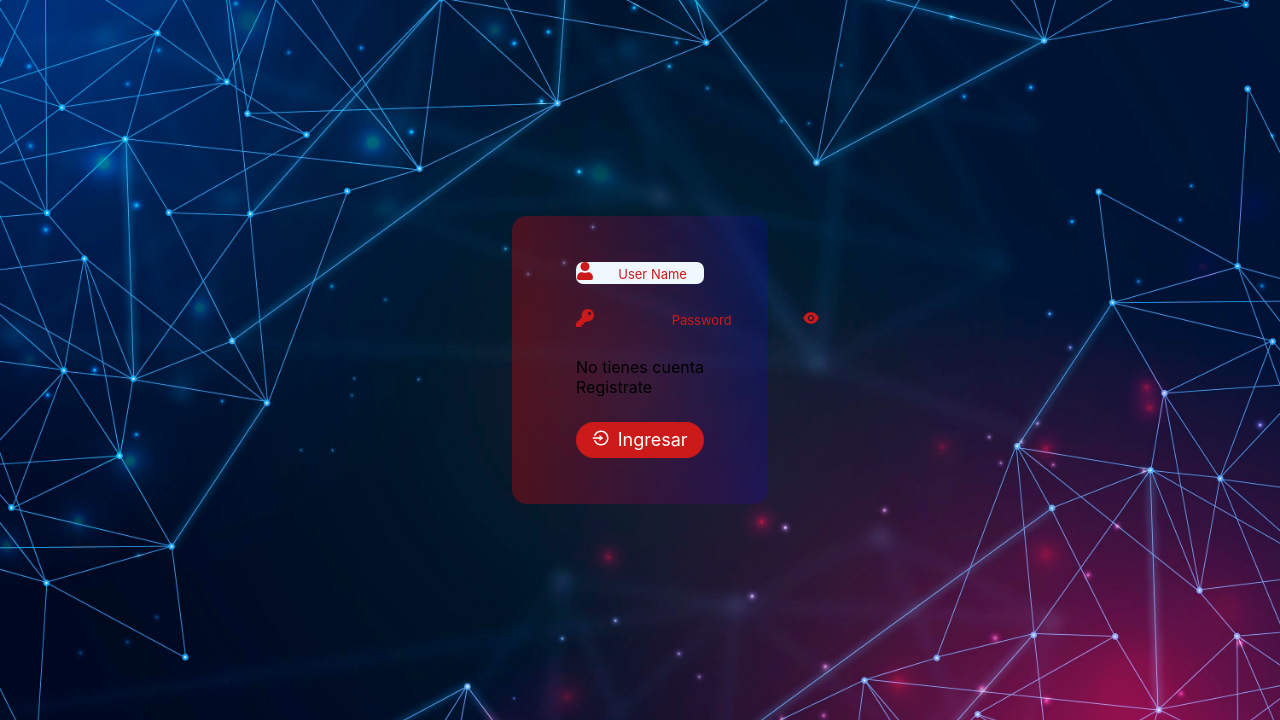
Repository: Davic1o/FrontendMunicipio
Page: /
These files come from the project's save history. The page is drawn as it stood at one moment and after the next save; the edit follows.
The browser window is 1280 px wide. The pictures show the whole page.
The project was rebuilt for these pictures with package versions that can differ from the ones it lists, and the page was loaded fresh each time.

Above is the page before, as saved 2024-02-21 18:24:57.

After the next save:
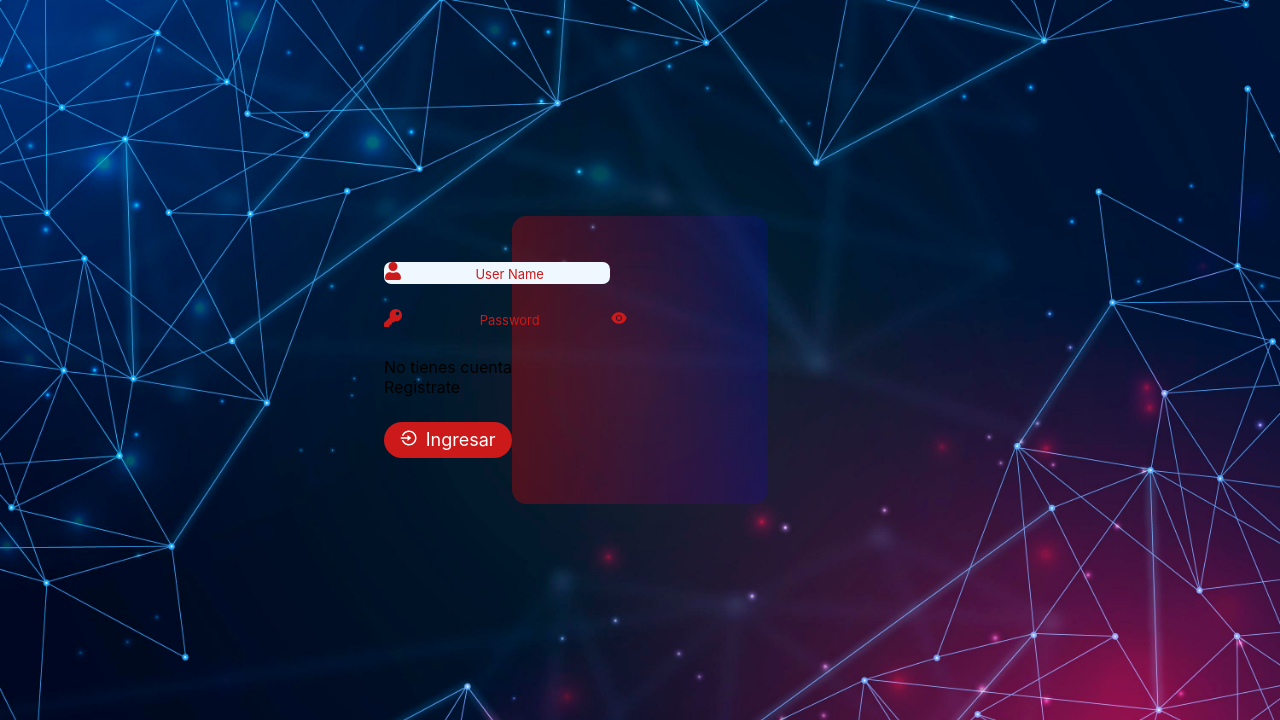
Saved 90 s later.
--- a/src/pages/login.css
+++ b/src/pages/login.css
@@ -21,7 +21,7 @@
 }
 .form{
     margin: 1vw;
-    width: 50%;
+    width: 200%;
     display: flex;
     justify-content: start;
 }
